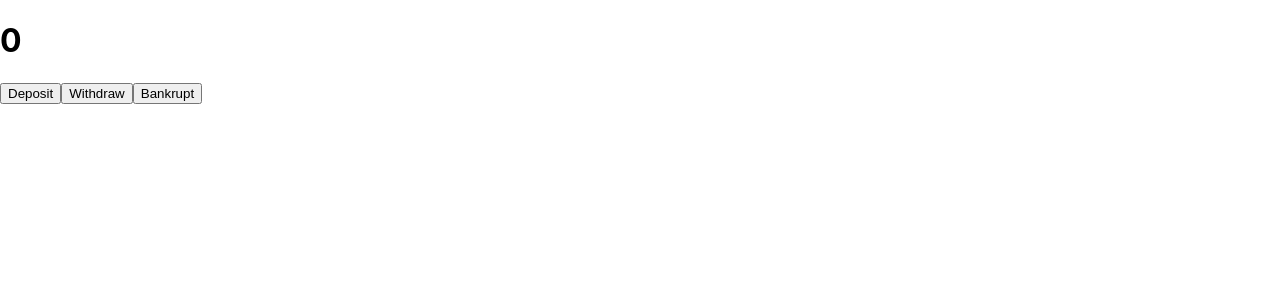
Repository: firefly-yy/react-projects
Page: / (app in 2022/react-redux-ts/)
An editor plug-in stored every save of this project. The page is shown before and after the next save, followed by the edit.
The browser window is 1280 px wide. The pictures show the whole page.
The project was rebuilt for these pictures with package versions that can differ from the ones it lists, and the page was loaded fresh each time. Also part of the build but not shown: 2022/react-redux-ts/src/App.css.

Above is the page before, as saved 2022-01-10 09:11:12.

### 2022/react-redux-ts/src/index.tsx
import React from "react";
import ReactDOM from "react-dom";
import "./index.css";
import App from "./App";
import reportWebVitals from "./reportWebVitals";
import { Provider } from "react-redux";
import { store } from "./state/index";

ReactDOM.render(
  <React.StrictMode>
    <Provider store={store}>
      <App />
    </Provider>
  </React.StrictMode>,
  document.getElementById("root")
);

// If you want to start measuring performance in your app, pass a function
// to log results (for example: reportWebVitals(console.log))
// or send to an analytics endpoint. Learn more: https://bit.ly/CRA-vitals
reportWebVitals();

### 2022/react-redux-ts/src/App.tsx
import React from "react";
import "./App.css";
import { useDispatch, useSelector } from "react-redux";
import { bindActionCreators } from "redux";
import { actionCreators, State } from "./state";

function App() {
  const dispatch = useDispatch();

  const { depositMoney, withdrawMoney, bankrupt } = bindActionCreators(
    actionCreators,
    dispatch
  );
  const amount = useSelector((state: State) => state.bank);

  return (
    <div className="app">
      <h1>{amount}</h1>
      <button
        onClick={() => {
          depositMoney(100);
        }}
      >
        Deposit
      </button>
      <button
        onClick={() => {
          withdrawMoney(50);
        }}
      >
        Withdraw
      </button>
      <button
        onClick={() => {
          bankrupt();
        }}
      >
        Bankrupt
      </button>
    </div>
  );
}

export default App;

### 2022/react-redux-ts/src/state/index.ts
export * as actionCreators from "./action-creators";
export * from "./store";
export * from "./reducers/index";

### 2022/react-redux-ts/src/state/action-creators/index.ts
import { ActionType } from "../actions-types";
import { Dispatch } from "redux";
import { Action } from "../actions/index";

export const depositMoney = (amount: number) => {
  return (dispatch: Dispatch<Action>) => {
    dispatch({
      type: ActionType.DEPOSIT,
      payload: amount,
    });
  };
};

export const withdrawMoney = (amount: number) => {
  return (dispatch: Dispatch<Action>) => {
    dispatch({
      type: ActionType.WITHDRAW,
      payload: amount,
    });
  };
};
export const bankrupt = () => {
  return (dispatch: Dispatch<Action>) => {
    dispatch({
      type: ActionType.BANKRUPT,
    });
  };
};

### 2022/react-redux-ts/src/state/reducers/index.ts
import { combineReducers } from "redux";
import bankReducer from "./bankReducer";

const reducers = combineReducers({
  bank: bankReducer,
});

export default reducers;
export type State = ReturnType<typeof reducers>;

### 2022/react-redux-ts/src/state/actions-types/index.ts
export enum ActionType {
  DEPOSIT = "deposit",
  WITHDRAW = "withdraw",
  BANKRUPT = "bankrupt",
}

### 2022/react-redux-ts/src/state/reducers/bankReducer.ts
import { ActionType } from "../actions-types";
import { Action } from "../actions/index";

const initialState = 0;

const reducer = (state: number = initialState, action: Action) => {
  switch (action.type) {
    case ActionType.DEPOSIT:
      return state + action.payload;
    case ActionType.WITHDRAW:
      return state - action.payload;
    case ActionType.BANKRUPT:
      return 0;
    default:
      return state;
  }
};

export default reducer;

Loaded but not shown: 2022/react-redux-ts/public/index.html (common file); 2022/react-redux-ts/src/index.css (common file); 2022/react-redux-ts/src/reportWebVitals.ts (common file); 2022/react-redux-ts/src/state/store.ts (common file)

After the next save:
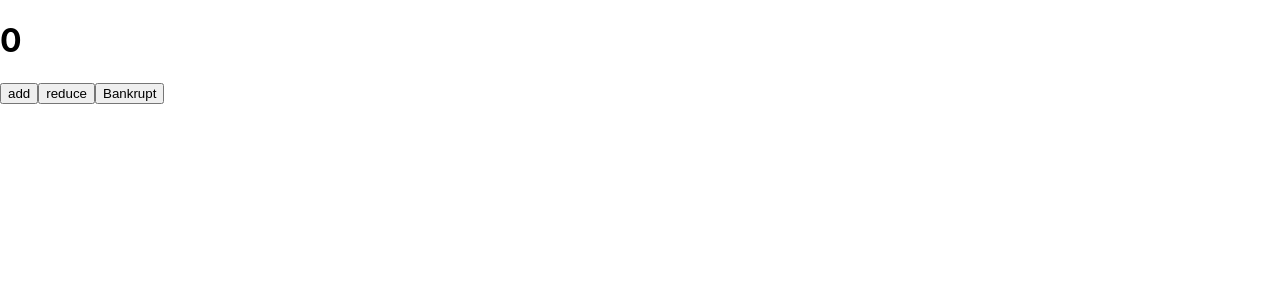
Saved 3 min 55 s later.
--- a/2022/react-redux-ts/src/App.tsx
+++ b/2022/react-redux-ts/src/App.tsx
@@ -21,14 +21,14 @@ function App() {
           depositMoney(100);
         }}
       >
-        Deposit
+        add
       </button>
       <button
         onClick={() => {
           withdrawMoney(50);
         }}
       >
-        Withdraw
+        reduce
       </button>
       <button
         onClick={() => {
